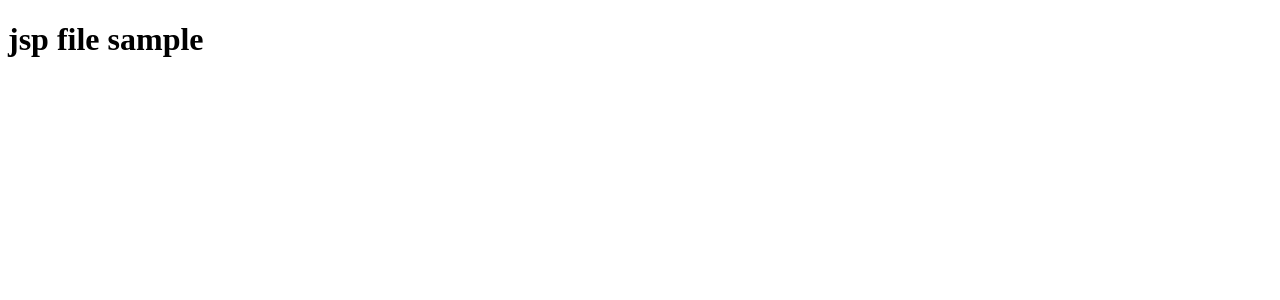
Repository: heyJSH/Study_java_web_sol
Page: teacher_lecture/cotogether/workspace_stsb_4_21/jspweb_07/src/main/webapp/main.html
These files come from the project's save history. The page is drawn as it stood at one moment and after the next save; the edit follows.
The browser window is 1280 px wide. The pictures show the whole page.

Above is the page before, as saved 2024-01-10 06:29:04.

### teacher_lecture/cotogether/workspace_stsb_4_21/jspweb_07/src/main/webapp/main.html


<!DOCTYPE html>
<html>
<head>
<meta charset="UTF-8">
<title>Insert title here</title>
</head>
<body>
	<h1>jsp file sample</h1>
</body>
</html>

After the next save:
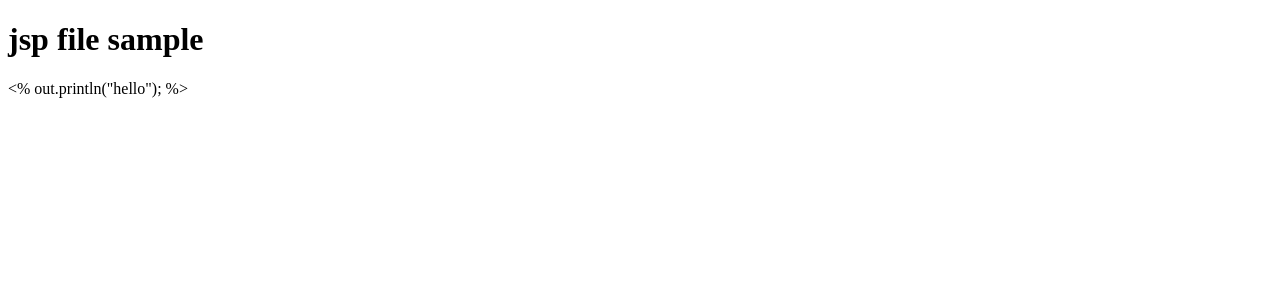
Saved 38 s later.
--- a/teacher_lecture/cotogether/workspace_stsb_4_21/jspweb_07/src/main/webapp/main.html
+++ b/teacher_lecture/cotogether/workspace_stsb_4_21/jspweb_07/src/main/webapp/main.html
@@ -8,5 +8,8 @@
 </head>
 <body>
 	<h1>jsp file sample</h1>
+	<%
+		out.println("hello");
+	%>
 </body>
 </html>
